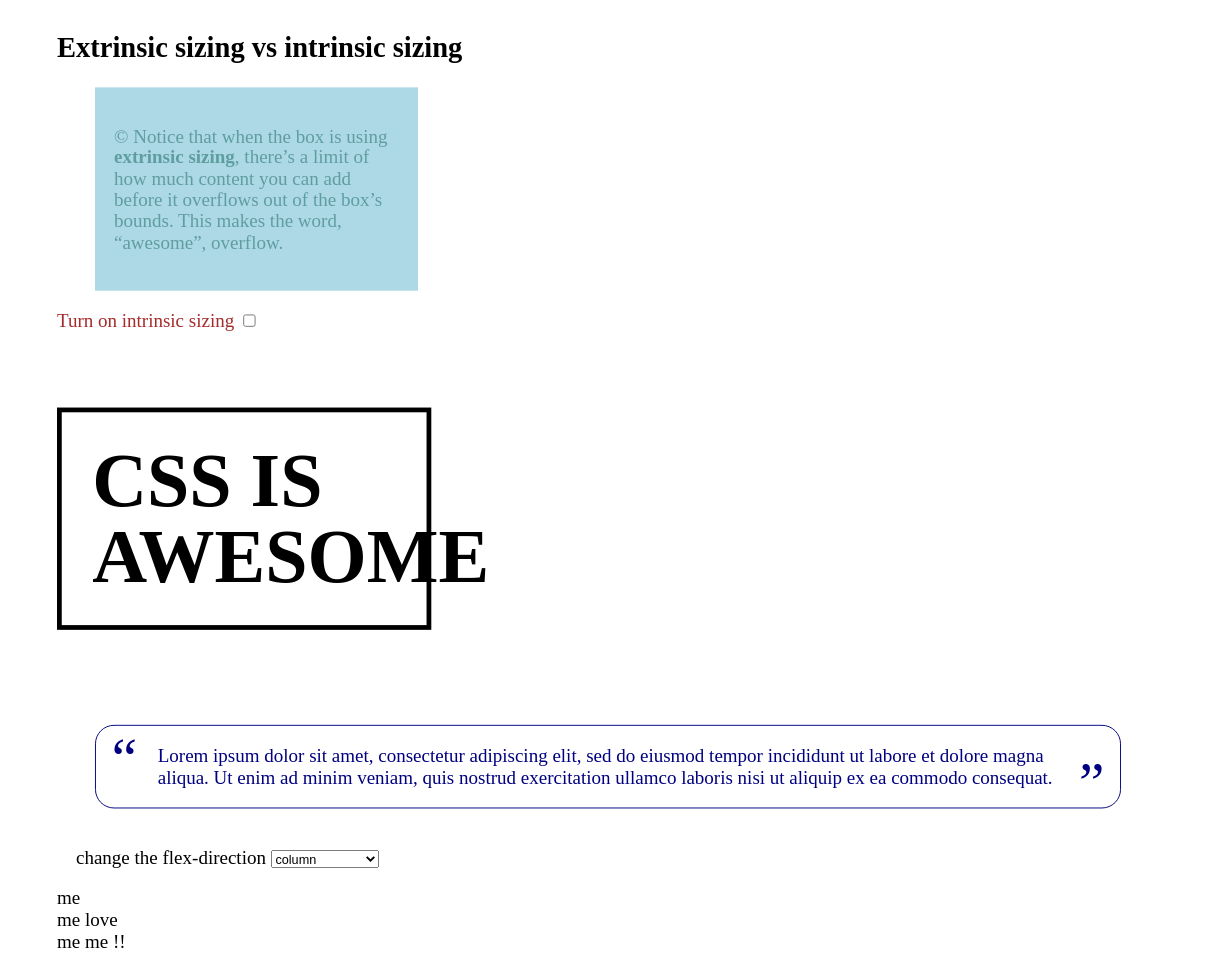
Repository: sristigupta04/basic-js-project
Page: box model/box.html
An editor plug-in stored every save of this project. The page is shown before and after the next save, followed by the edit.
The browser window is 1280 px wide. The pictures show the whole page, at 95% of full size.

Above is the page before, as saved 2025-11-03 01:22:57.

### box model/box.html
<!DOCTYPE html>
<html lang="en">
<head>
    <meta charset="UTF-8">
    <meta name="viewport" content="width=device-width, initial-scale=1.0">
    <title>Document</title>
    <link rel="stylesheet" href="box.css"/>
</head>
<body>

  <div class="wrapper">
    <article class="flow">
      <h1>Extrinsic sizing vs intrinsic sizing</h1>
      <figure class="callout">
        <p>
        &#169;  Notice that when the box is using <strong>extrinsic sizing</strong>, there’s
          a limit of how much content you can add before it overflows out of the box’s
          bounds. This makes the word, “awesome”, overflow.
        </p>
      </figure>
      <label class="toggle" for="intrinsic-switch">
        <span class="toggle__label">Turn on intrinsic sizing</span>
        <input type="checkbox" role="switch" class="toggle__element" id="intrinsic-switch" />
        <div class="toggle__decor" aria-hidden="true">
          <div class="toggle__thumb"></div>
        </div>
      </label>
      <p class="awesome" data-element="awesome">CSS is awesome</p>
    </article>
  </div>
  <article class="flow">
  <blockquote>Lorem ipsum dolor sit amet, consectetur adipiscing elit, sed do eiusmod tempor incididunt ut labore et dolore magna aliqua. Ut enim ad minim veniam, quis nostrud exercitation ullamco laboris nisi ut aliquip ex ea commodo consequat.</blockquote>
</article>

<!-- next div -->

<div class="switch">
    <label for="switcher" >change the flex-direction</label>
    <select id="switcher">
        <option  value="column">column</option>
     <option  value="column-reverse">column-reverse</option>
     <option  value="row">row</option>
      <option  value="row-reverse">row-reverse</option>
</select>

</div>
<div class="contain">
<div class="box">me</div>
<div class="box">me love</div>
<div class="box">me me !!</div>
</div>
  <script src="box.js"></script>

</body>
</html>

### box model/box.css
*{
    padding: 0;
}
.callout{
    background-color: lightblue;
    color:cadetblue;
    line-height:1.4rem;
    width:300px;
    padding: 20px;;
}

.toggle{
color:brown;
}
.toggle_element{
width:10px;
height: 40px;
background-color: cadetblue;
}

.awesome{
    text-transform: uppercase;
  font-size: 5rem;
  font-weight: 700;
  line-height: 1;
  border: 5px solid;
  padding: 2rem;
  width: 320px;
}

awesome[data-sizing="intrinsic"] {
  width: min-content;
}

/*


Presentational styles
*/
.awesome {
  --flow-space: 2rem;
}

blockquote, blockquote::before, blockquote::after {
  color: navy;
  & {
    border: 1px solid navy;
  }
}

/* presentational styles */

blockquote {
  border-radius: 1em;
  padding:  1em 3.25em;
  position: relative;
}

blockquote::before {
  content: open-quote;
  inset-block-start: 0;
   inset-inline-start: 0;
}

blockquote::after {
  content: close-quote;
  inset-block-end: 0;
  inset-inline-end: 0;
}

blockquote::before,
blockquote::after {
  display: block;
  inline-size: 1em;
  block-size: 1em;
  font-size: 3em;
  border-radius: 100%;
  text-align: center;
  position: absolute;
}

body {
  display: grid;
  margin-inline: 3em;
  place-content: safe center;
  font-size: 1.25em;
}
.switch{
    padding: 20px;;
}

### box model/box.js
const awesome = document.querySelector('[data-element="awesome"]');
const intrinsicSwitch = document.querySelector("#intrinsic-switch");


intrinsicSwitch.addEventListener("change", ()  =>{
    awesome.setAttribute("data-sizing",intrinsicSwitch.checked ? "intrinsic" : "extrinsic" );
});

After the next save:
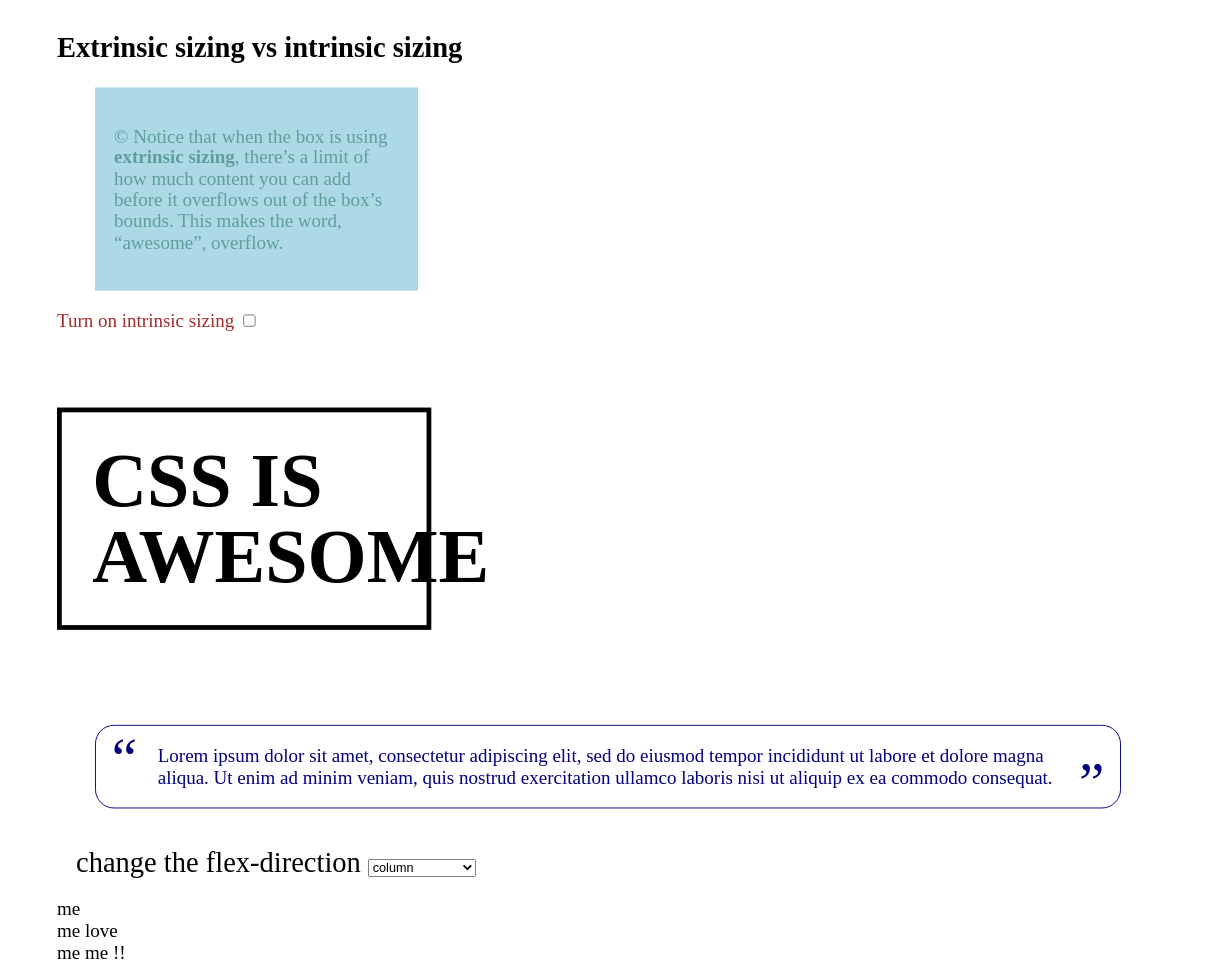
Saved 15 s later.
--- a/box model/box.css
+++ b/box model/box.css
@@ -87,4 +87,5 @@ body {
 }
 .switch{
     padding: 20px;;
+    font-size: 30px;;
 }
